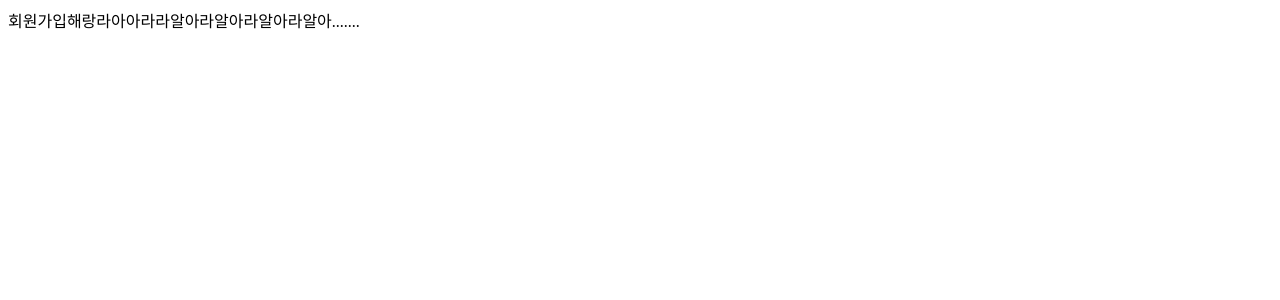
Repository: payboiC/test
Page: http://localhost/ServletProject/memberone/regForm.jsp
An editor plug-in stored every save of this project. The page is shown before and after the next save, followed by the edit.
The browser window is 1280 px wide. The pictures show the whole page.
The page is served by Tomcat 9. Nobody is signed in. The application's start-up code is not run.

Above is the page before, as saved 2022-08-10 02:51:58.

After the next save:
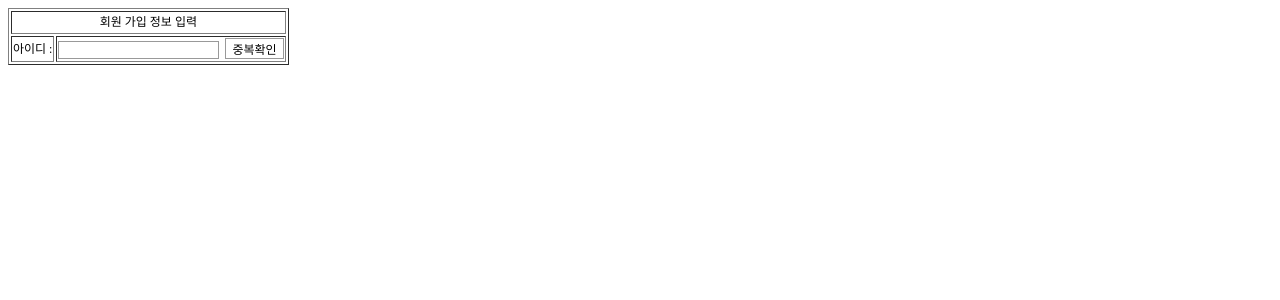
Console error (its wording comes from the project's code and is left out).
Saved 7 min 19 s later.
--- a/ServletProject/src/main/webapp/memberone/regForm.jsp
+++ b/ServletProject/src/main/webapp/memberone/regForm.jsp
@@ -4,9 +4,27 @@
 <html>
 <head>
 <meta charset="UTF-8">
-<title></title>
+<title>회원가입 폼</title>
+<link rel="stylesheet" type="text/css" href="style.css">
 </head>
 <body>
-회원가입해랑라아아라라알아라알아라알아라알아.......
+<form action="regProc.jsp" method="post" name="regForm">
+<table border="1">
+<tr>
+   <td colspan="2" align="center"> 회원 가입 정보 입력 </td>
+</tr>
+
+<tr>
+    <td align="right"> 아이디 : </td>
+    <td>
+         <input type="text" name="id" size="20">&nbsp;
+         <input type="button" value="중복확인" onclick="#">
+    </td>
+</tr>
+
+
+
+</table>
+</form>
 </body>
 </html>
